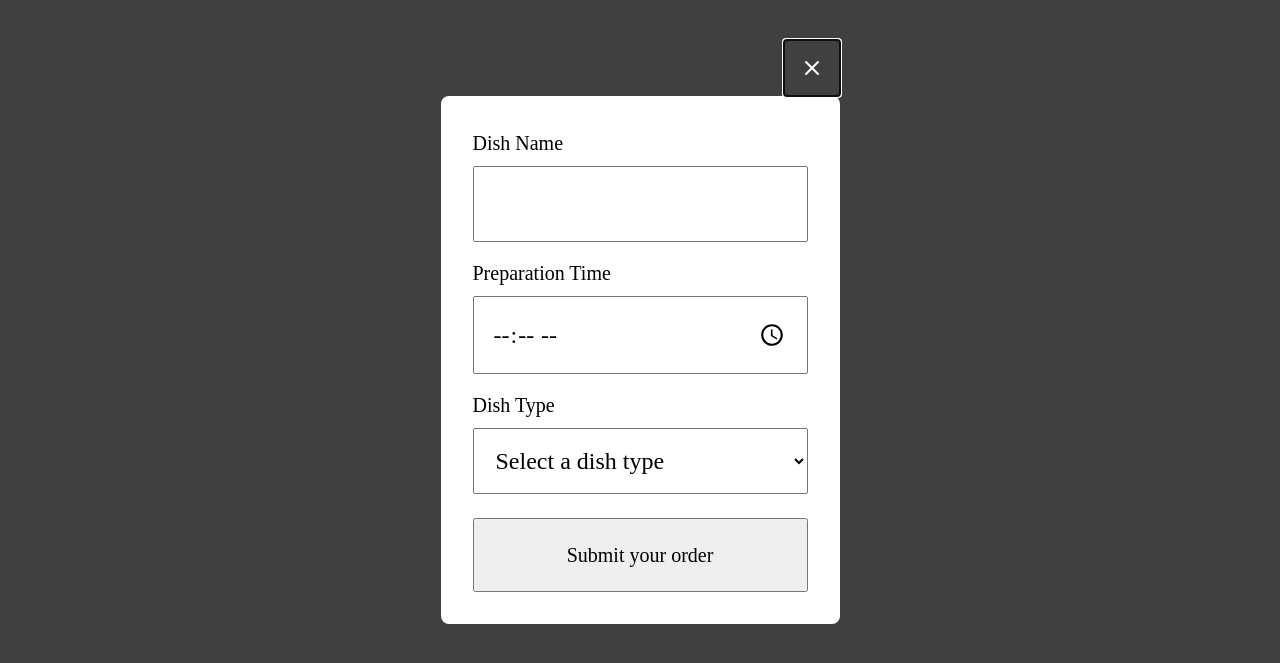
Repository: hjubsoni/hex-ocean-task
Page: /, after clicking the first element matching `button.order-button`
The author's editor kept a copy of each file at every save. The page is drawn from the files as they stood at one save, then again after the next save.
The browser window is 1280 px wide. The pictures show the whole page.
The project was rebuilt for these pictures with package versions that can differ from the ones it lists, and the page was loaded fresh each time. Also part of the build but not shown: vite.config.ts.

Above is the page before, as saved 2023-03-22 16:23:09.

### index.html
<!DOCTYPE html>
<html lang="en">
  <head>
    <meta charset="UTF-8" />
    <link rel="icon" type="image/svg+xml" href="/vite.svg" />
    <meta
      name="viewport"
      content="width=device-width, initial-scale=1.0"
    />
    <title>Vite + React + TS</title>
  </head>
  <body>
    <div id="root"></div>
    <script type="module" src="/src/main.tsx"></script>
  </body>
</html>

### src/App.tsx
import React from 'react';
import './App.css';
import { ShoppingBag } from 'react-feather';
import Modal from './components/Modal';

function App() {
  const [isModalOpen, setIsModalOpen] = React.useState(false);

  const toggleIsOpenModal = () => {
    setIsModalOpen(!isModalOpen);
  };

  return (
    <>
      <div className="wrapper">
        <button className="order-button" onClick={toggleIsOpenModal}>
          <div className="icon-wrapper">
            <ShoppingBag color="white" />
          </div>
          <span className="order-button-text">Order</span>
        </button>
      </div>
      {isModalOpen && <Modal handleDismiss={toggleIsOpenModal} />}
    </>
  );
}

export default App;

### src/index.css
*,
*::before,
*::after {
  box-sizing: border-box;
}

* {
  margin: 0;
}

html,
body,
#root {
  height: 100%;
}

body {
  line-height: 1.5;
  -webkit-font-smoothing: antialiased;
}

img,
picture,
video,
canvas,
svg {
  display: block;
  max-width: 100%;
}

input,
button,
textarea,
select {
  font: inherit;
}

p,
h1,
h2,
h3,
h4,
h5,
h6 {
  overflow-wrap: break-word;
}

#root,
#__next {
  isolation: isolate;
}

### src/App.css
.wrapper {
  height: 100%;
  display: flex;
  justify-content: center;
  align-items: center;
}

.order-button {
  display: flex;
  width: 180px;
  height: 2.625rem;
  align-items: center;
  padding: 4px 8px;
  gap: 8px;
  border-radius: 8px;
  background: #184fee;
  cursor: pointer;
  border: none;
}

.order-button-text {
  font-size: 1.5rem;
  color: white;
  margin-left: auto;
  margin-right: auto;
}

.icon-wrapper {
  animation-duration: 2s;
}

.order-button:hover > .icon-wrapper {
  animation-name: bounce;
  animation-timing-function: cubic-bezier(0.28, 0.84, 0.42, 1);
}
@keyframes bounce {
  0% {
    transform: scale(1, 1) translateY(0);
  }
  10% {
    transform: scale(1.1, 0.9) translateY(0);
  }
  30% {
    transform: scale(0.9, 1.1) translateY(-5px);
  }
  50% {
    transform: scale(1.05, 0.95) translateY(0);
  }
  57% {
    transform: scale(1, 1) translateY(-2px);
  }
  64% {
    transform: scale(1, 1) translateY(0);
  }
  100% {
    transform: scale(1, 1) translateY(0);
  }
}

### src/components/Modal/Modal.tsx
import React from 'react';
import FocusLock from 'react-focus-lock';
import './styles.css';
import ModalForm from './ModalForm';

function Modal({ handleDismiss }: { handleDismiss: () => void }) {
  React.useEffect(() => {
    function handleKeyDown(event: KeyboardEvent) {
      if (event.code === 'Escape') {
        handleDismiss();
      }
    }
    window.addEventListener('keydown', handleKeyDown);
    return () => {
      window.removeEventListener('keydown', handleKeyDown);
    };
  }, [handleDismiss]);
  return (
    <FocusLock returnFocus={true}>
      <div className="wrapper">
        <div className="backdrop" onClick={handleDismiss} />
        <ModalForm handleDismiss={handleDismiss} />
      </div>
    </FocusLock>
  );
}

export default Modal;

### src/components/Modal/styles.css
.wrapper {
  position: fixed;
  inset: 0;
  display: grid;
  place-content: center;
  padding: 16px;
}

.backdrop {
  position: absolute;
  inset: 0;
  background: hsl(0deg 0% 0% / 0.75);
}

.modal-form {
  position: relative;
  background: white;
  border-radius: 8px;
  padding: 32px;
  display: flex;
  flex-direction: column;
  gap: 16px;
}

.close-button {
  position: absolute;
  top: 0;
  right: 0;
  padding: 16px;
  color: white;
  transform: translateY(-100%);
  cursor: pointer;
  background: transparent;
  border: none;
}

.form-label {
  display: inline-block;
  font-weight: 500;
  font-size: 1.25rem;
}

.form-input {
  display: block;
  padding: 1.125rem;
  margin-top: 0.5rem;
  width: 100%;
  font-size: 1.5rem;
}

.submit-button {
  padding: 1.25rem;
  font-size: 1.25rem;
  cursor: pointer;
  margin-top: 8px;
}

### src/components/Modal/ModalForm.tsx
import React from 'react';
import { X } from 'react-feather';
import './form.css';
import VissuallyHidden from '../VisuallyHidden';

type Order = {
  name: string;
  preparation_time: string;
  type: string;
  no_of_slices?: null | number;
  diameter?: null | number;
  spiciness_scale?: null | number;
  slices_of_bread?: null | number;
};

const DISH_TYPES = [
  {
    label: 'Pizza',
    value: 'pizza',
  },
  {
    label: 'Soup',
    value: 'soup',
  },
  {
    label: 'Sandwich',
    value: 'sandwich',
  },
];

function ModalForm({ handleDismiss }: { handleDismiss: () => void }) {
  const [order, setOrder] = React.useState<Order>({
    name: '',
    preparation_time: '',
    type: '',
    no_of_slices: null,
    diameter: null,
    spiciness_scale: null,
    slices_of_bread: null,
  });
  const handleTimeChange = (inputValue: string) => {
    const filtered = inputValue.replace(/\D/g, '');
    let newPreparationTime: string[] = [];
    for (let i = 0; i < filtered.length; i++) {
      if (i === 2) {
        newPreparationTime.push(':');
      }
      if (i === 4) {
        newPreparationTime.push(':');
      }
      newPreparationTime.push(filtered[i]);
    }

    setOrder({
      ...order,
      preparation_time: newPreparationTime.join('').substring(0, 8),
    });
  };
  return (
    <form className="modal-form" role="form-modal">
      <button className="close-button" onClick={handleDismiss}>
        <X color="white" />
        <VissuallyHidden>Close Modal Form</VissuallyHidden>
      </button>
      <div>
        <label className="form-label" htmlFor="dish-name">
          Dish Name
        </label>
        <input
          className="form-input"
          id="dish-name"
          value={order.name}
          onChange={(e) =>
            setOrder({ ...order, name: e.target.value })
          }
        />
      </div>
      <div>
        <label className="form-label" htmlFor="preparation-time">
          Preparation Time
        </label>
        <input
          className="form-input"
          id="preparation-time"
          value={order.preparation_time}
          type="time"
          onChange={(e) => handleTimeChange(e.target.value)}
        />
      </div>
      <div>
        <label className="form-label" htmlFor="dish-type">
          Dish Type
        </label>
        <select
          className="form-input"
          id="dish-type"
          required
          onChange={(e) =>
            setOrder({ ...order, type: e.target.value })
          }
        >
          <option value="">Select a dish type</option>
          <optgroup label="Dishes">
            {DISH_TYPES.map((dishType, idx) => {
              return (
                <option key={idx} value={dishType.value}>
                  {dishType.label}
                </option>
              );
            })}
          </optgroup>
        </select>
      </div>
      <button type="submit" className="submit-button">
        Submit your order
      </button>
    </form>
  );
}

export default ModalForm;

### src/components/Modal/form.css
.modal-form {
  position: relative;
  background: white;
  border-radius: 8px;
  padding: 32px;
  display: flex;
  flex-direction: column;
  gap: 16px;
}

.close-button {
  position: absolute;
  top: 0;
  right: 0;
  padding: 16px;
  color: white;
  transform: translateY(-100%);
  cursor: pointer;
  background: transparent;
  border: none;
}

.form-label {
  display: inline-block;
  font-weight: 500;
  font-size: 1.25rem;
}

.form-input {
  display: block;
  padding: 1.125rem;
  margin-top: 0.5rem;
  width: 100%;
  font-size: 1.5rem;
}

.submit-button {
  padding: 1.25rem;
  font-size: 1.25rem;
  cursor: pointer;
  margin-top: 8px;
}

### src/components/VisuallyHidden/VisuallyHidden.tsx
const hiddenStyles = {
  display: 'inline-block',
  position: 'absolute',
  overflow: 'hidden',
  clip: 'rect(0 0 0 0)',
  height: 1,
  width: 1,
  margin: -1,
  padding: 0,
  border: 0,
} as React.CSSProperties;

const VisuallyHidden = ({
  children,
}: {
  children: React.ReactNode;
}) => {
  return <span style={hiddenStyles}>{children}</span>;
};

export default VisuallyHidden;

Loaded but not shown: src/main.tsx (common file); src/components/Modal/index.tsx (common file); src/components/VisuallyHidden/index.tsx (common file)

After the next save:
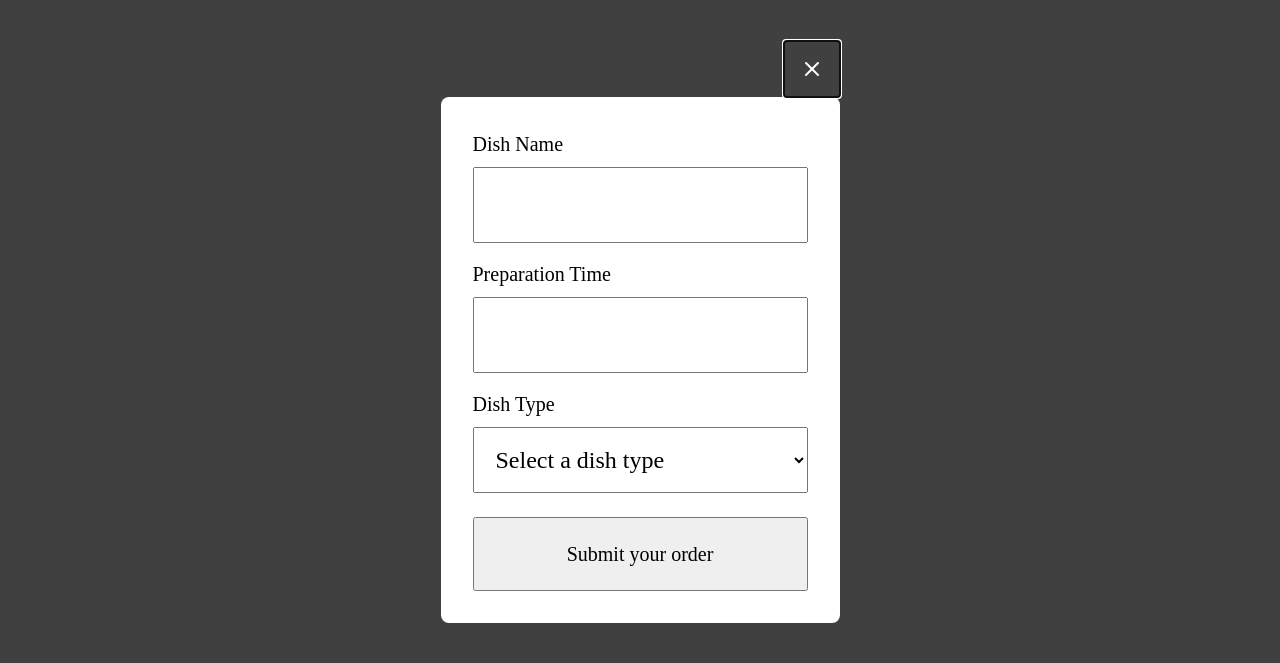
Saved 12 s later.
--- a/src/components/Modal/ModalForm.tsx
+++ b/src/components/Modal/ModalForm.tsx
@@ -83,7 +83,7 @@
           className="form-input"
           id="preparation-time"
           value={order.preparation_time}
-          type="time"
+          type="text"
           onChange={(e) => handleTimeChange(e.target.value)}
         />
       </div>
